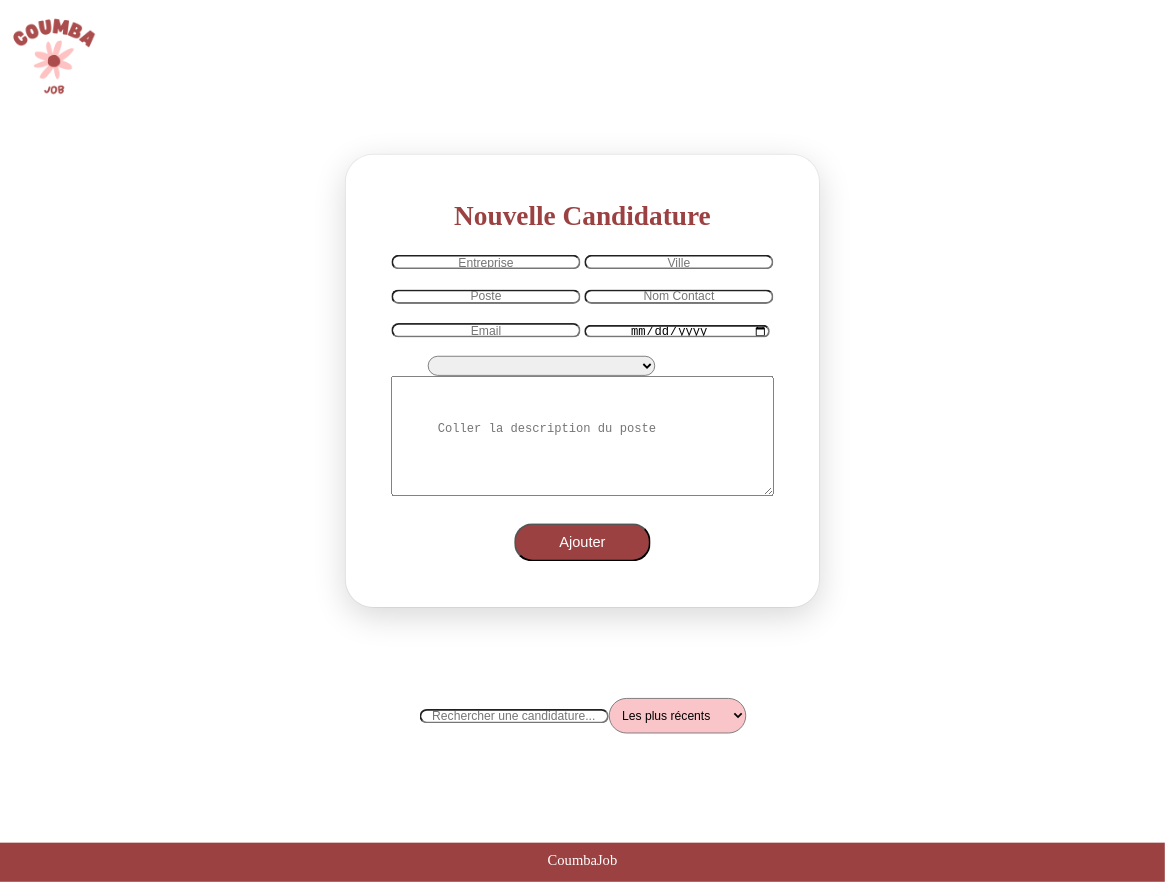
Repository: Coumba25040/coumbaProjet
Page: projetCoumba/index.html
An editor plug-in stored every save of this project. The page is shown before and after the next save, followed by the edit.
The browser window is 1280 px wide. The pictures show the whole page, at 91% of full size.
Some web fonts or font styles are not loaded; a fallback is used.

Above is the page before, as saved 2025-09-22 22:06:31.

### projetCoumba/index.html
<!DOCTYPE html>
<html lang="en">
<head>
    <meta charset="UTF-8">
    <meta name="viewport" content="width=device-width, initial-scale=1.0">
    <title>CoumbaJob</title>
    <link rel="stylesheet" href="style.css">
    <link rel="stylesheet" href="https://fonts.googleapis.com/css2?family=Material+Symbols+Outlined:opsz,wght,FILL,GRAD@20..48,100..700,0..1,-50..200&icon_names=delete" />
</head>
<body>
    <header>
        <img src="logo.png" alt="logo">
    </header>
    <article id="form-container">
        <form action="" method="post" id="form">
            <h1 id="candidature">Nouvelle Candidature</h1>
            <div class="class-group">
                <input type="text" name="entreprise" id="entreprise" placeholder="Entreprise" required>
                <input type="text" name="ville" id="ville" placeholder="Ville" required>
            </div>
            <div class="class-group">
                <input type="text" name="poste" id="poste" placeholder="Poste" required>
                <input type="text" name="contact" id="contact" placeholder="Nom Contact" required>
            </div>

            <div class="class-group">
                <input type="email" name="email" id="email" placeholder="Email" required>
                <input type="date" name="date" id="date" placeholder="Date" lang="fr" required>

            </div>
                <select name="statut" id="statut" required>
                    <option value="Accepté">Accepté</option>
                    <option value="Refusé">Refusé</option>
                    <option value="En Attente">En Attente</option>
                    <option value="Entretien">Entretien</option>
                </select>
            <textarea name="description" id="description" placeholder="Coller la description du poste"></textarea>
            <div>
                <button type="submit" id="btn-ajouter">Ajouter</button>
            </div>
        </form>
    </article>
    <article id="recherche-tri">
        <input type="text" name="recherche" id="recherche" placeholder="Rechercher une candidature...">
        <select name="trier" id="trier">
            <option value="recent">Les plus récents</option>
            <option value="moinsRecent">Les moins récents</option>
            <option value="Accepté">Accepté</option>
            <option value="Refusé">Refusé</option>
            <option value="En Attente">En Attente</option>
            <option value="Entretien">Entretien</option>
        </select>
    </article>
    <article id="candidature-container">
    </article>
    <footer>
        <p>CoumbaJob</p>

    </footer>
    <article id="popup-overlay">
        <div id="popup-content"></div>

    </article>

    <script src="app.js"></script>
</body>
</html>

### projetCoumba/style.css
body{
    margin: 0;
    padding: 0;
}
#form-container, #recherche-tri, img, #popup-overlay{
    display: flex;
    justify-content: center;
    align-items: center;
}
#candidature{
    text-align: center;
    color: #9B4141;
    font-size: 30px;
    margin-top: 0;
}
#form{
    display: flex;
    flex-direction: column;
    box-shadow: rgba(0, 0, 0, 0.16) 0px 10px 36px 0px, rgba(0, 0, 0, 0.06) 0px 0px 0px 1px;
    padding: 50px;
    justify-content: center;
    border-radius: 30px;
    margin-top: 50px;

}
form input {
    /* padding: 10px; */
    border-radius: 10px;
    margin-bottom: 20px;
}
#date{
    padding: 0;
}

#statut, input, #date{
    width: 200px;
    height: 10px;

    text-align: center;
    border-radius: 10px;
}
#description{
    padding: 50px;
}
#btn-ajouter{

    padding: 10px;
    width: 150px;
    border-radius: 20px;
    margin: 30px auto 0 auto;
    display: block;
    background-color: #9B4141;
    color: white;
    font-size: 16px;
}
#btn-ajouter:hover{
    background-color: #a86a6a;
}
#recherche-tri{
    margin-top: 100px;
    margin-bottom: 70px;
}
#statut{
    padding: 10px;
    width: 250px;
    border-radius: 15px;
    margin-left: 40px;
    margin-right: 10px;

}
#trier{
    padding: 10px;
    border-radius: 20px;
    background-color: #F9C5C8;
}
.card{

    border-radius: 20px;
    padding: 20px;
    height: 150px;
    width: 250px;
    margin: 20px;
    box-shadow: rgba(99, 99, 99, 0.2) 0px 2px 8px 0px;
    position: relative;
}
.cardTitle{
    display: flex;
    justify-content: space-between;

}
h3, h6, p{
    margin: 0;
    margin-bottom: 5px;

}

.cardBody {
    display: flex;
    flex-direction: column;
    gap: 5px;
    position: relative;
}

.btn-modifier{
    align-self: flex-end;
    padding: 10px;
    border-radius: 10px;
    width: 100px;
    background-color: #F9C5C8;
    border: none;
}
.btn-modifier:hover{
    background-color: #9B4141;
}
#candidature-container{
    display: grid;
    grid-template-columns: repeat(auto-fit, minmax(250px, 1fr));
    margin: 0 auto;
    gap: 30px;
    place-items: center;
    padding: 0 20px;
    max-width: 1200px;
}
.card:hover{
    box-shadow: rgba(0, 0, 0, 0.35) 0px 5px 15px;
}
img{
    height: 120px;
    align-self: center;
}
footer{
    text-align: center;
    margin-top: 50px;
    padding: 10px;
    background-color: #9B4141;
    color: white;
}

.material-symbols-outlined {
    position: absolute;
    background-color: #F9C5C8;
    color: black;
    border-radius: 20px;
    font-size: 24px;
    padding: 4px;
    top: -10px;
    right: -10px;
    z-index: 10;
    cursor: pointer;
  font-variation-settings:
  'FILL' 0,
  'wght' 400,
  'GRAD' 0,
  'opsz' 24
}
.material-symbols-outlined:hover{
    background-color: #9B4141;
}
#popup-overlay{
    position: fixed;
    top: 0;
    left: 0;
    right: 0;
    bottom: 0;
    background-color: rgba(0, 0, 0, 0.442);
    z-index: 98;
    display: none;
}

#popup-overlay.open{
    display: block !important;
}

#popup-content{
    max-width: 600px;
    padding: 30px;
    box-sizing: border-box;
    background-color: white;
    width: 100%;
    position: absolute;
    top: 50%;
    left: 50%;
    transform: translate(-50%, -50%);
}

.popup-coordonne{
    background-color: #c6aed6;
    text-align: center;
    border-radius: 20px;
    margin-bottom: 20px;
    padding: 10px;
}
.popup-description{
    background-color: #efdad7;
    padding: 5px;
    max-height: 350px;
    overflow-y: auto;

}
.popup-exit{
    position: absolute;
    top: -10px;
    right: -10px;
    text-decoration: none;
    color: white;
    padding: 5px 10px;
    border-radius: 5px;
    background-color: black;
}

### projetCoumba/app.js
const candidatureContainer = document.getElementById('candidature-container')
const entreprise = document.getElementById('entreprise')
const ville = document.getElementById('ville')
const poste = document.getElementById('poste')
const contact = document.getElementById('contact')
const email = document.getElementById('email')
const statut = document.getElementById('statut')
const date = document.getElementById('date')
const description = document.getElementById('description')
let candidature = []
let currentIndex = null



function afficherCard(tabCandidature){
    candidatureContainer.innerHTML = ''
    tabCandidature.sort((a, b) => new Date(b.date) - new Date(a.date))

    tabCandidature.forEach((item, index) => {

        let cardCandidature = document.createElement('div')
        cardCandidature.classList.add('card')
        cardCandidature.setAttribute('data-index', index)

        cardCandidature.innerHTML += `
        <span class="material-symbols-outlined delete-icon" data-index=${index}>
                delete
                </span>
            <div class="cardBody">
                <div class="cardTitle">
                    <h3>${item.poste}</h3>
                    <p>${item.date}</p>
                </div>
                <p>${item.entreprise}</p>
                <p>${item.ville}</p>
                <p>${item.statut}</p>
                <button class="btn-modifier" data-index="${index}">Modifier</button>
            </div>`
        candidatureContainer.appendChild(cardCandidature)

        const btnModifier = document.querySelectorAll('.btn-modifier')
        btnModifier.forEach(btnM => {
            btnM.addEventListener('click', (e) => {
                e.stopPropagation()
                const index = e.target.getAttribute('data-index')
                const item = candidature[index]

                entreprise.value = item.entreprise
                ville.value = item.ville
                poste.value = item.poste
                contact.value = item.contact
                email.value = item.email
                date.value = item.date
                statut.value = item.statut
                description.value = item.description

                currentIndex = index
                form.scrollIntoView({behavior: "smooth"})
            })
        })

        cardCandidature.addEventListener('click', () => {
            afficherPopup(item)
        })

    });


    const deleteIcon = document.querySelectorAll('.delete-icon')
    deleteIcon.forEach(icon =>{
        icon.addEventListener('click', (e) => {
            e.stopPropagation()
            const index = e.target.getAttribute('data-index')
            candidature.splice(index, 1)
            afficherCard(candidature)
        })
    })
}

let form = document.getElementById('form')

form.addEventListener("submit", (e) => {
    e.preventDefault()



    const newCandidature = {

        entreprise: entreprise.value,
        ville: ville.value,
        poste: poste.value,
        contact: contact.value,
        email: email.value,
        date: date.value,
        statut: statut.value,
        description: description.value

    }


    if(currentIndex !== null){
        candidature[currentIndex] = newCandidature
        currentIndex = null
    }else{
        candidature.push(newCandidature)
    }

    entreprise.value = ''
    ville.value = ''
    poste.value = ''
    contact.value = ''
    email.value = ''
    date.value = ''
    statut.value = ''
    description.value = ''

    afficherCard(candidature)
})

function afficherPopup(item){
let popupOverlay = document.getElementById('popup-overlay')
let popupContent = document.getElementById('popup-content')
        popupContent.innerHTML = `
            <div class="popup-coordonne">
                <h1 class="popup-emp">${item.poste}</h1>
                <h2 class="popup-ste">${item.entreprise} ${item.ville}</h2>
                <p class="popup-date-statut">${item.date} ${item.statut}</p>
                <p class="popup-contact">Contact : ${item.contact}</p>
                <p class="popup-email">Email : ${item.email}</p>
            </div>
            <div class="popup-description">
                <h2>Description du poste</h2>
                <p>${item.description}</p>
                <a href="javascript:void(0)" class="popup-exit">Fermer</a>
        </div>`

    popupOverlay.classList.add('open')

    const popupExit = document.querySelector('.popup-exit')

    popupExit.addEventListener('click', () => {
        popupOverlay.classList.remove('open')
    })

}

let trier = document.getElementById('trier')

trier.addEventListener('change', (e) => {
    const filtre = e.target.value
    let resultats = [...candidature]

    if(filtre === "recent"){
        resultats.sort((a, b) => new Date(b.date) - new Date(a.date))

    }else if(filtre === "moinsRecent"){
        resultats.sort((a, b) => new Date(a.date) - new Date(b.date))

    }else if (["Accepté", "Refusé", "En Attente", "Entretien"].includes(filtre)) {
        resultats = resultats.filter(c => c.statut === filtre)

    }

    afficherCard(resultats)

})

const recherche = document.getElementById('recherche')

recherche.addEventListener("keyup", (e) => {
    const input = recherche.value

    const result = candidature.filter(item =>
        item.entreprise.toLowerCase().includes(input.toLowerCase()) ||
        item.poste.toLowerCase().includes(input.toLowerCase()))

    if(result.length === 0){
        candidatureContainer.innerHTML = `<p>Aucune Candidature</p>`
    }else{
        afficherCard(result)
    }
})

After the next save:
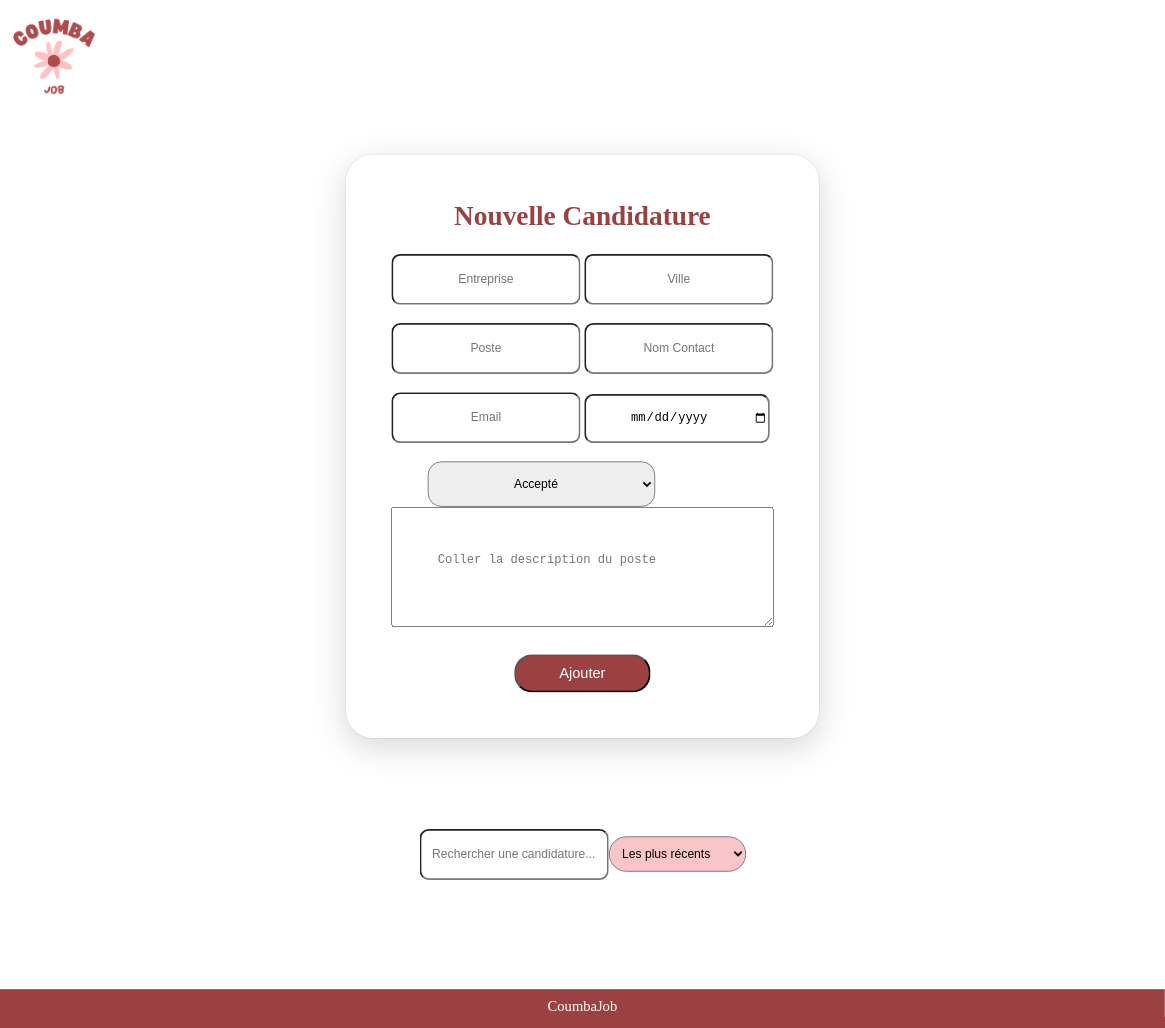
Saved 26 s later.
--- a/projetCoumba/style.css
+++ b/projetCoumba/style.css
@@ -34,7 +34,7 @@ form input {
 
 #statut, input, #date{
     width: 200px;
-    height: 10px;
+    height: 50px;
 
     text-align: center;
     border-radius: 10px;
